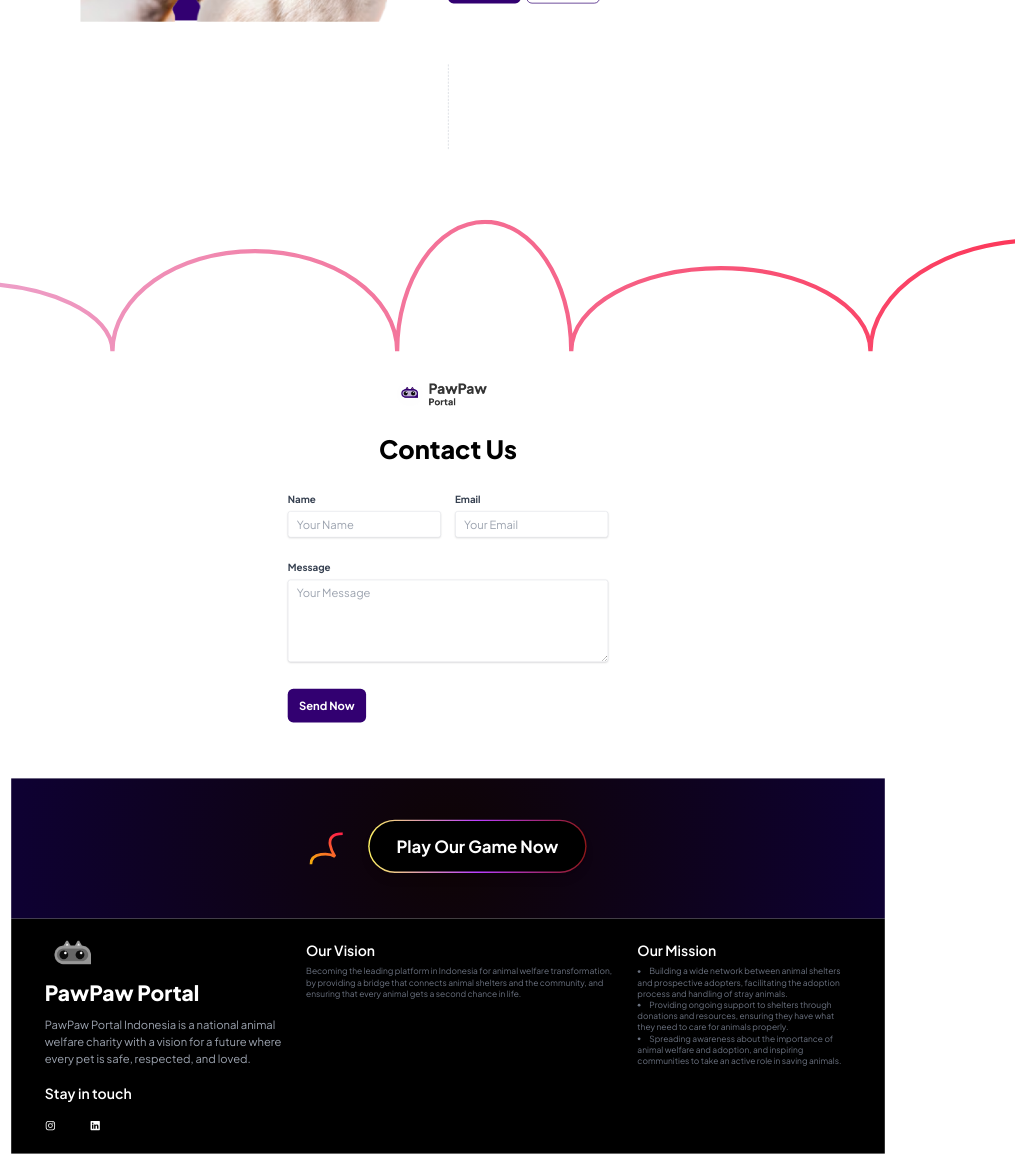
Repository: paskasiregar/pawpawwebsite
Page: /
The author's editor kept a copy of each file at every save. The page is drawn from the files as they stood at one save, then again after the next save.
The browser window is 1280 px wide. The page is 1450 px wide, so the pictures cover 1450 px, including what lies to the right of the window. The pictures show the part of the page from y = 1530 to 3210 px (the page is 3210 px tall), at 70% of full size.
The project was rebuilt for these pictures with package versions that can differ from the ones it lists, and the page was loaded fresh each time. The framework's server and built-in components were replaced by stand-ins that run in the browser. Also part of the build but not shown: next.config.js, next.config.mjs.

Above is the page before, as saved 2024-07-31 20:11:10.

After the next save:
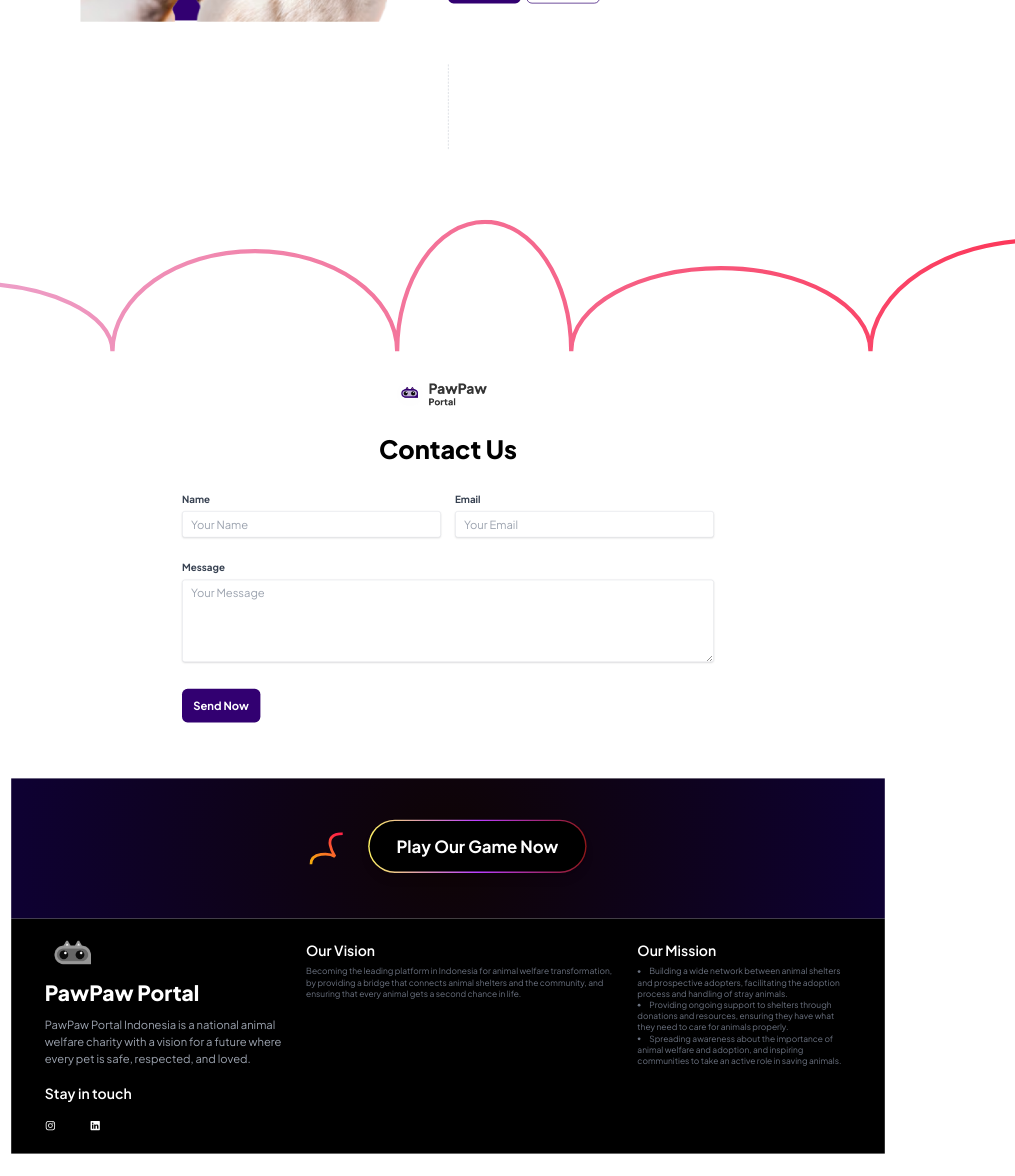
Saved 73 s later.
--- a/src/components/contact.jsx
+++ b/src/components/contact.jsx
@@ -48,6 +48,7 @@ export const Contact = () => {
       />
       <div className="text-4xl font-extrabold">Contact Us</div>
       <form
+        className="w-full"
         method="post"
         action="https://app.loops.so/api/newsletter-form/YOUR_FORM_ENDPOINT"
       >
